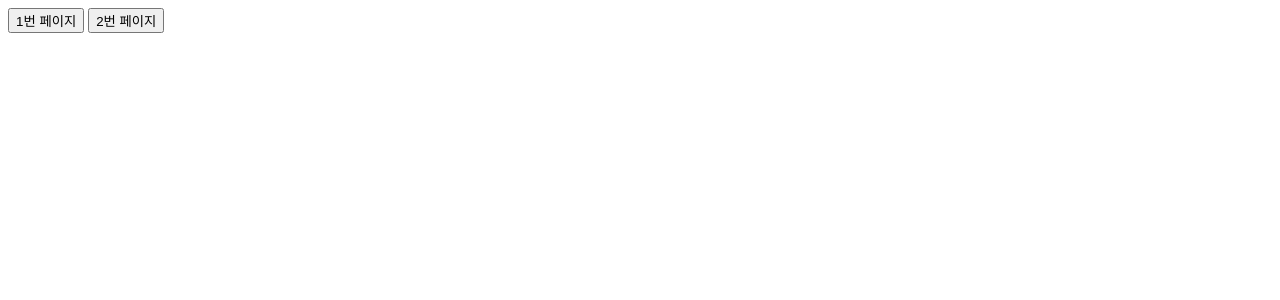
Repository: mjh1583/Hustar03_eGov
Page: http://localhost/JavaScript/js014.jsp
These files come from the project's save history. The page is drawn as it stood at one moment and after the next save; the edit follows.
The browser window is 1280 px wide. The pictures show the whole page.
The page is served by Tomcat 9.

Above is the page before, as saved 2021-05-07 05:57:23.

### workspace/JavaScript/src/main/webapp/js014.jsp
<%@ page language="java" contentType="text/html; charset=UTF-8"
    pageEncoding="UTF-8"%>
<!DOCTYPE html>
<html>
<head>
	<meta charset="UTF-8">
	<title>animation</title>
</head>
<body>
	<div id="contentsArea">

	</div>

	<div>
		<input type="button" id="btn1" value="1번 페이지">
		<input type="button" id="btn2" value="2번 페이지">
	</div>

	<script src="https://code.jquery.com/jquery-3.6.0.js"></script>
	<script type="text/javascript">
		$("#btn1").bind("click", function() {
			fn_getPage("./js012_1.jsp");
		});

		$("#btn2").bind("click", function() {
			fn_getPage("./js012_2.jsp");
		});

		function fn_getPage(url) {
			$.ajax({
				url : url,
				type : "get",		//get, post
				data : {test : "1", test2 : "2"},
				dataType : "html",		//html, json, xml
				beforeSend : function() {
					//로딩...... show()
				},
				success : function(data) {
					$("#contentsArea").html(data);
				},
				error : function() {
					//alert("오류가 발생하였습니다.");
				},
				complete : function() {
					//...... hide()
				}
			});
		}

	</script>
</body>
</html>

After the next save:
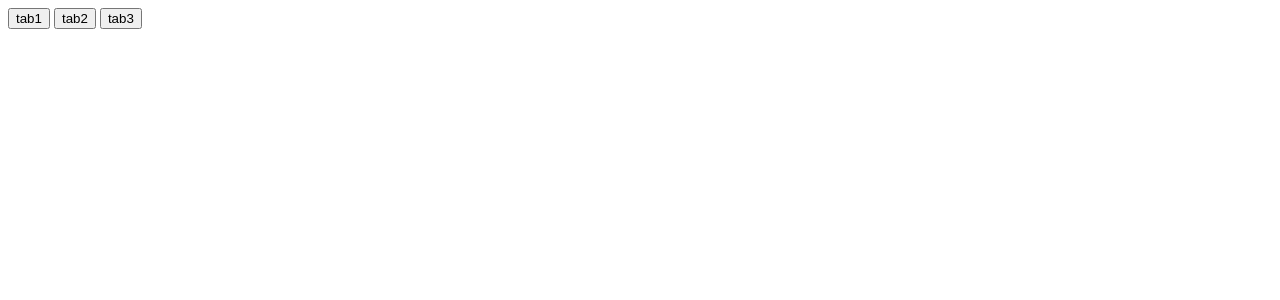
Saved 40 s later.
--- a/workspace/JavaScript/src/main/webapp/js014.jsp
+++ b/workspace/JavaScript/src/main/webapp/js014.jsp
@@ -12,8 +12,9 @@
 	</div>
 
 	<div>
-		<input type="button" id="btn1" value="1번 페이지">
-		<input type="button" id="btn2" value="2번 페이지">
+		<input type="button" id="btn1" value="tab1">
+		<input type="button" id="btn2" value="tab2">
+		<input type="button" id="btn3" value="tab3">
 	</div>
 
 	<script src="https://code.jquery.com/jquery-3.6.0.js"></script>
